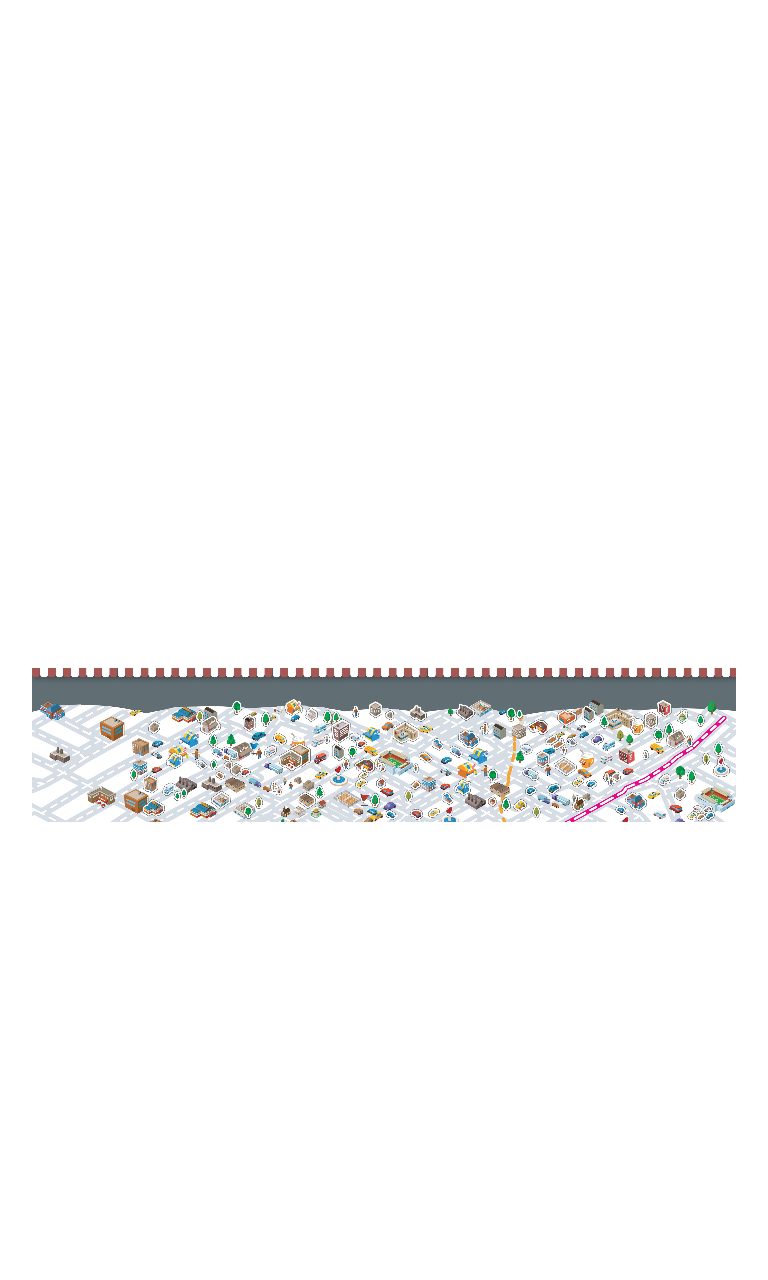
Repository: ahmeda8/playable
Layout: Playable/res/layout/activity_main.xml
These files come from the project's save history. The layout is drawn as it stood at one moment and after the next save; the edit follows.
It is drawn on a 768 x 1280 px phone screen (xhdpi) without system bars, with theme AppTheme; the app's code is not run.

Above is the layout before, as saved 2013-07-20 19:36:00.

After the next save:
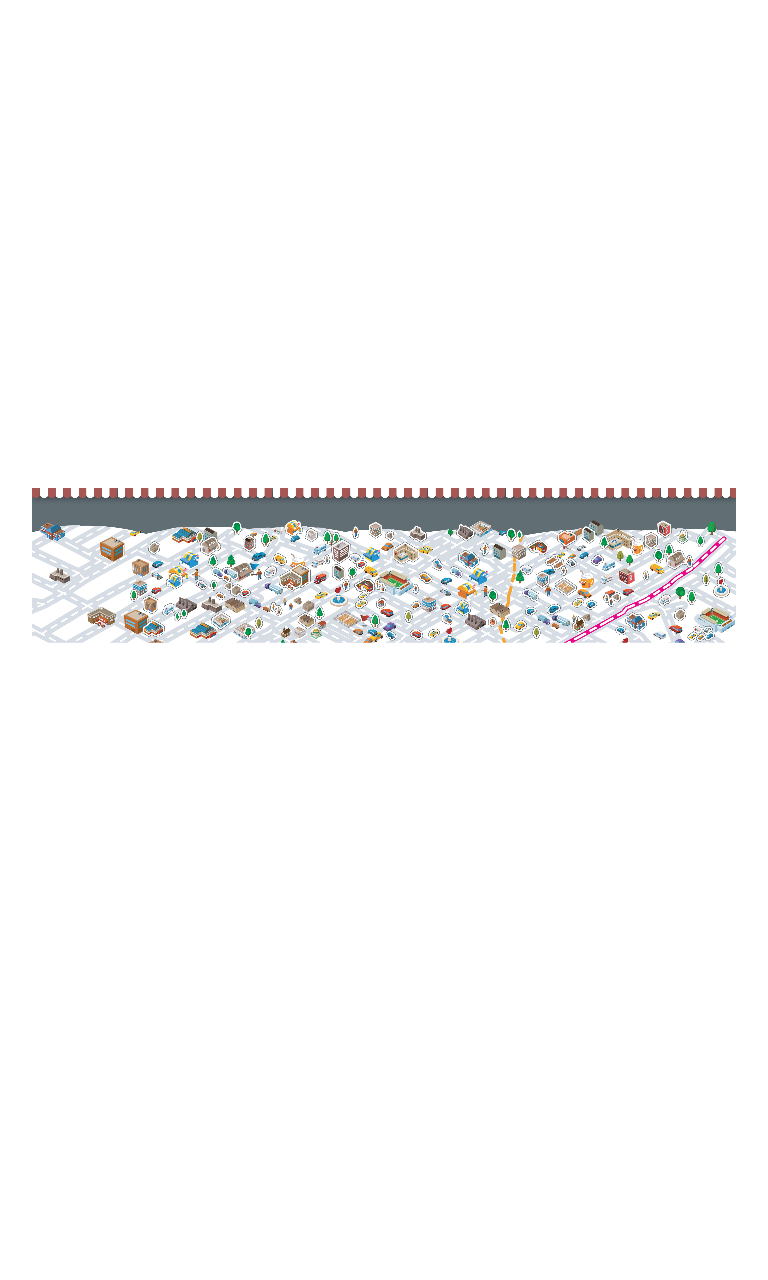
Saved 10 s later.
--- a/Playable/res/layout/activity_main.xml
+++ b/Playable/res/layout/activity_main.xml
@@ -24,7 +24,7 @@
         android:layout_height="wrap_content"
         android:layout_below="@+id/linearLayout1"
         android:layout_centerHorizontal="true"
-        android:layout_marginTop="105dp"
+        android:layout_marginTop="0dp"
         android:src="@drawable/map" />
     </LinearLayout>
 </RelativeLayout>
